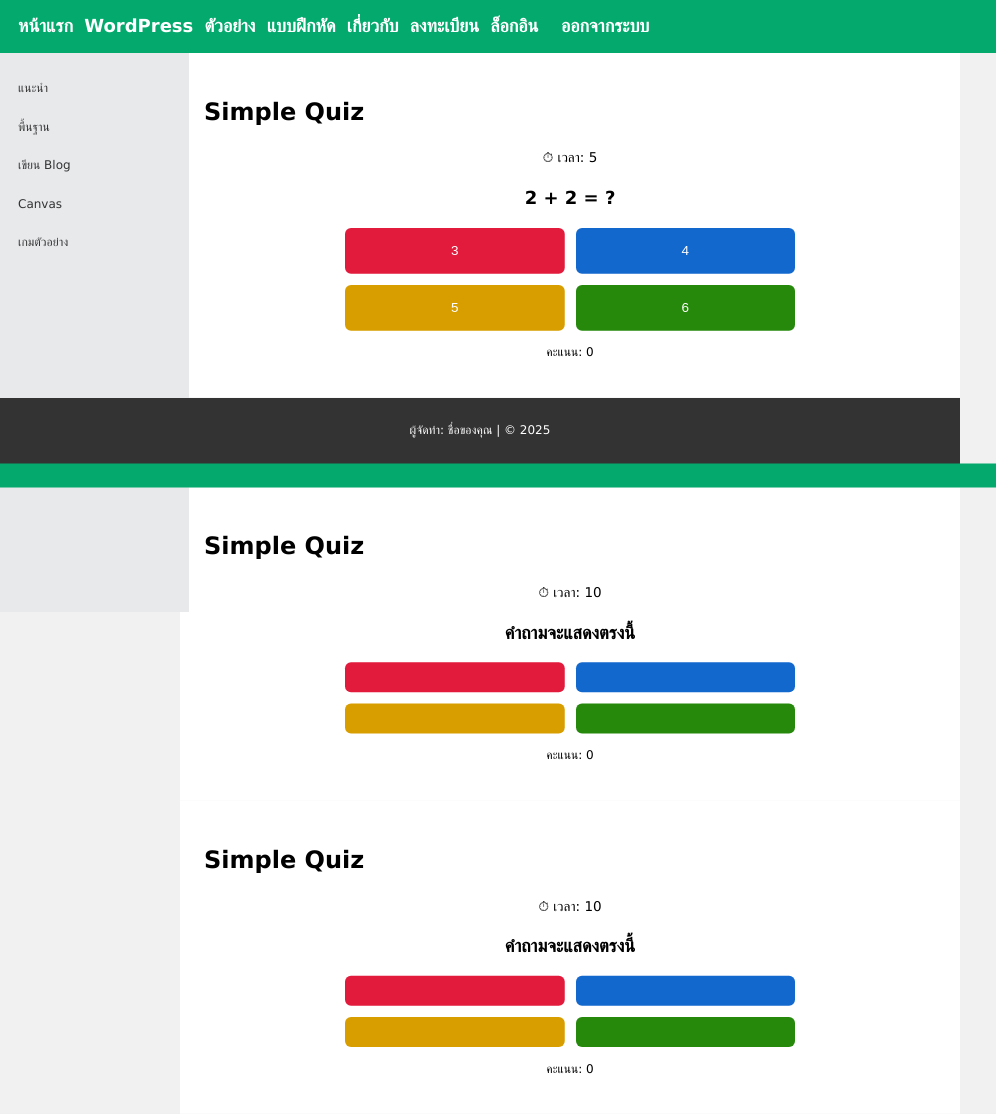
Repository: staggil/thesis
Page: private/exercises/quiz.html
These files come from the project's save history. The page is drawn as it stood at one moment and after the next save; the edit follows.
The browser window is 1280 px wide. The page is 1328 px wide, so the pictures cover 1328 px, including what lies to the right of the window. The pictures show the whole page, at 75% of full size.
The page's requests for data from a server got no answer.

Above is the page before, as saved 2025-12-16 09:28:38.

After the next save:
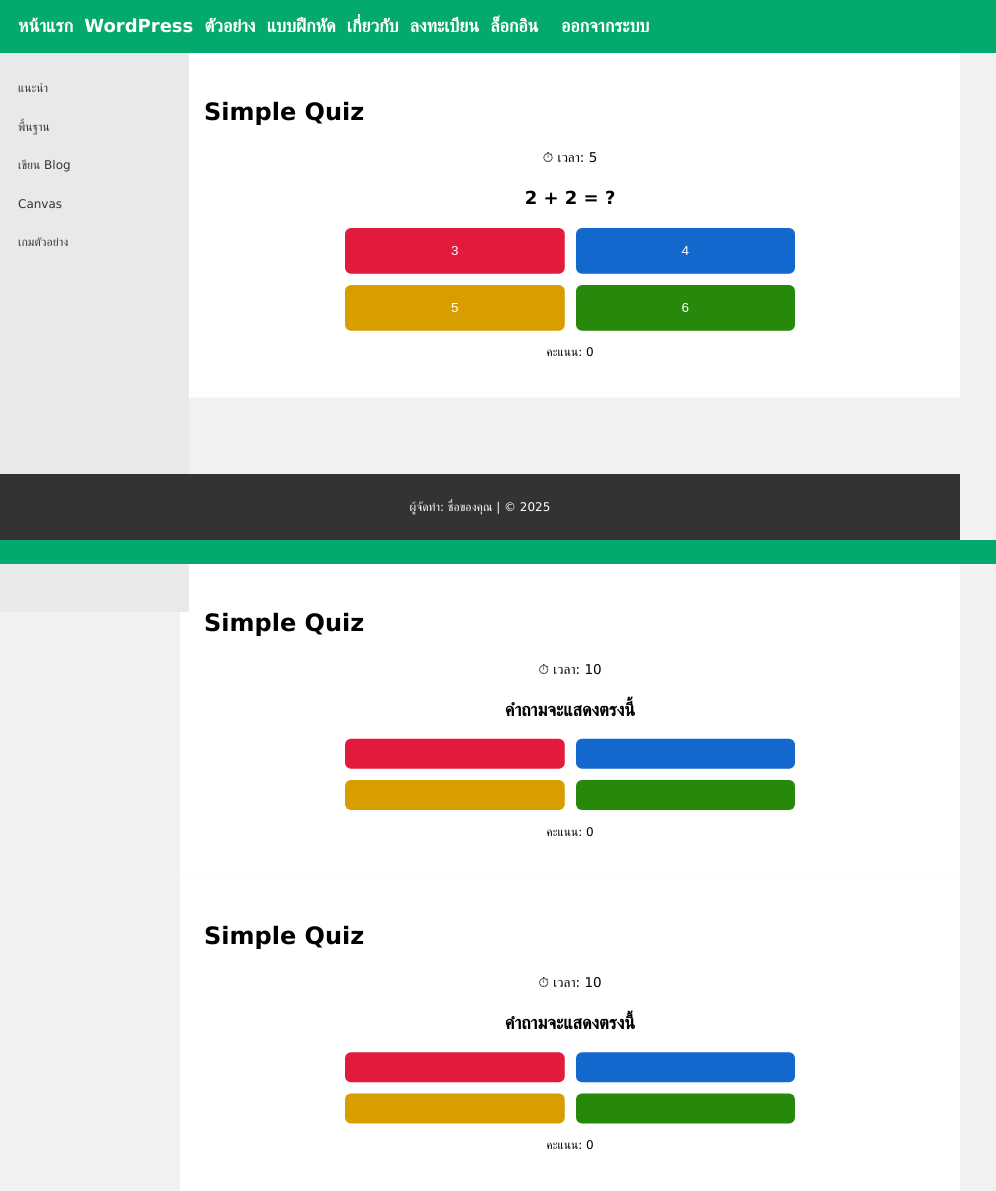
Saved 16 s later.
--- a/style.css
+++ b/style.css
@@ -14,6 +14,13 @@
     flex: 1; /* ดัน footer ลงล่าง */
 }
 
+.app {
+    min-height: 100vh;
+    display: flex;
+    flex-direction: column;
+}
+
+
 #header-placeholder {
     background-color: #04AA6D;
     color: white;
